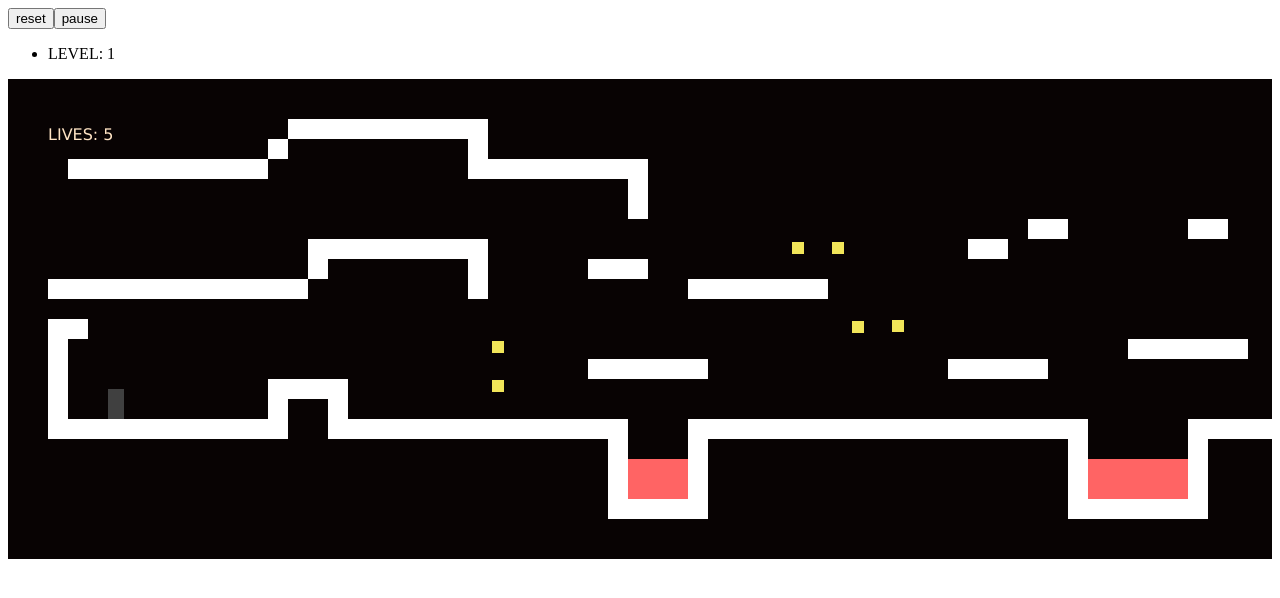
Repository: luccas-teddy/examenlucas
Page: index.html
The author's editor kept a copy of each file at every save. The page is drawn from the files as they stood at one save, then again after the next save.
The browser window is 1280 px wide. The pictures show the whole page.

Above is the page before, as saved 2021-02-11 23:05:35.

After the next save:
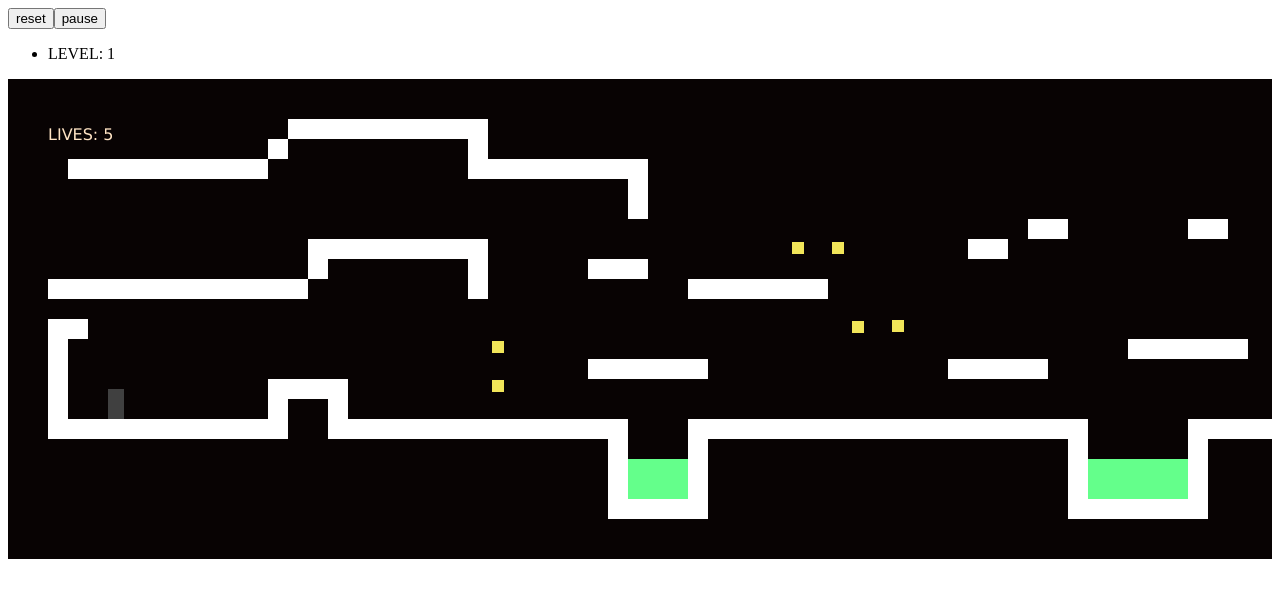
Saved 34 s later.
--- a/css/game.css
+++ b/css/game.css
@@ -9,7 +9,7 @@
                    border-spacing:  0;   }
 
 .background td   { padding: 0;   }
-.lava            { background: rgb(255, 100, 100); }
+.lava            { background: rgb(100, 255, 139); }
 .wall            { background: rgb(255, 255, 255);   }
 
 .actor  { position: absolute;  }
